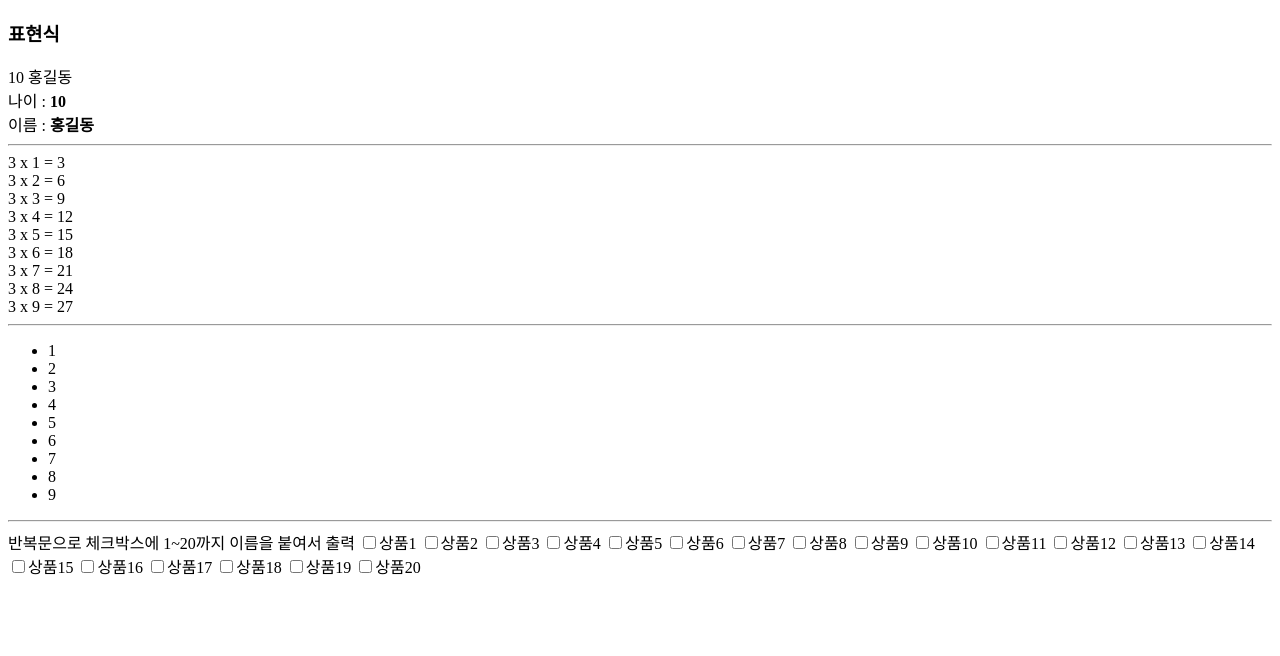
Repository: sun2898/JSP
Page: http://localhost/JSPBasic/jsptag/scriptlet02.jsp
The author's editor kept a copy of each file at every save. The page is drawn from the files as they stood at one save, then again after the next save.
The browser window is 1280 px wide. The pictures show the whole page.
The page is served by Tomcat 9. Nobody is signed in. The application's start-up code is not run.

Above is the page before, as saved 2023-06-01 06:52:28.

After the next save:
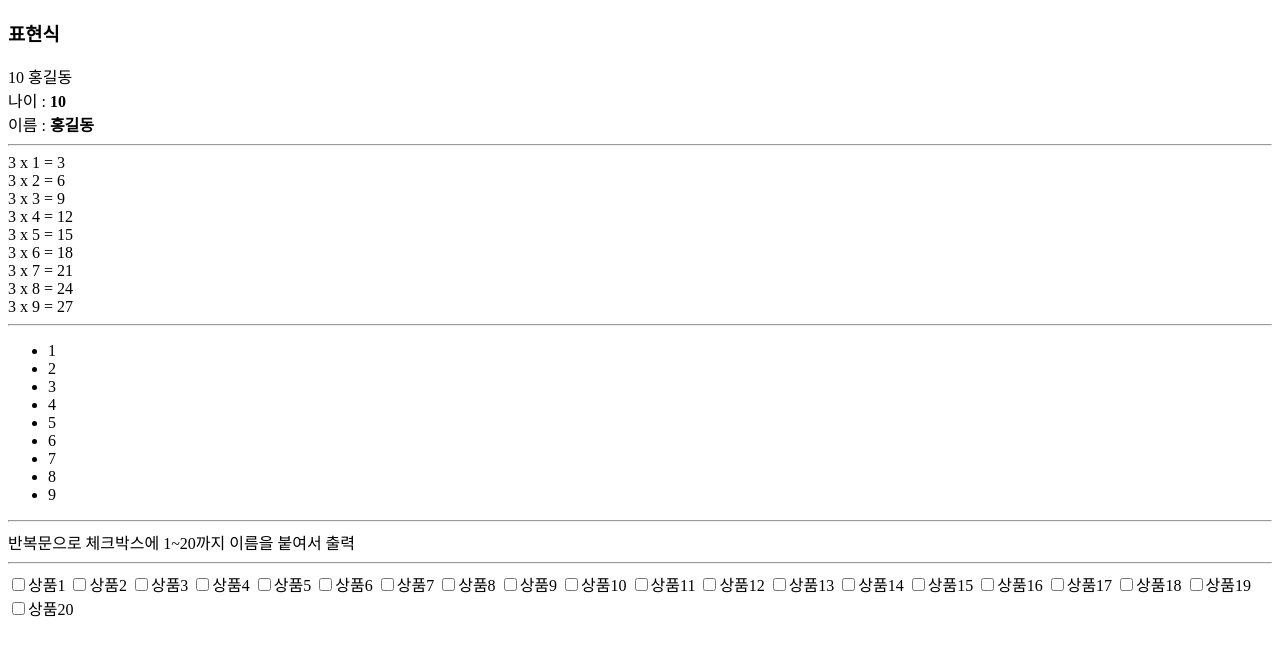
Saved 43 s later.
--- a/JSPBasic/src/main/webapp/jsptag/scriptlet02.jsp
+++ b/JSPBasic/src/main/webapp/jsptag/scriptlet02.jsp
@@ -41,7 +41,7 @@
 
 	<hr/>
 	<hr3>반복문으로 체크박스에 1~20까지 이름을 붙여서 출력</hr3>
-
+	<hr/>
 	<%for(int  i = 1; i <= 20; i++) {%>
 	<input type = "checkbox" name = "product">상품<%=i %>
 	<%} %>
